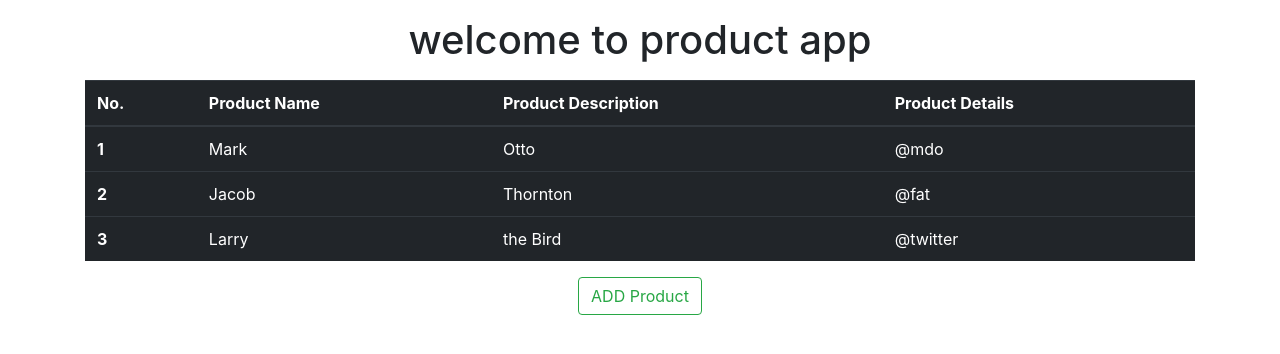
Repository: Renish-patel/Practices
Page: http://localhost/productcrudapp/WEB-INF/views/index.jsp
An editor plug-in stored every save of this project. The page is shown before and after the next save, followed by the edit.
The browser window is 1280 px wide. The pictures show the whole page.
Some web libraries are served in a nearby version. The page is served by Tomcat 9. Nobody is signed in. Other server files are loaded and not shown. The template is opened directly, without the code that normally fills it, so the values that code supplies are empty.

Above is the page before, as saved 2023-03-09 18:47:06.

### spring/productcrudapp/src/main/webapp/WEB-INF/views/index.jsp
<html>
<head>
<%@include file="./base.jsp"%>
<%@taglib uri="http://java.sun.com/jsp/jstl/core" prefix="c"%>
</head>
<body>
	<div class="container mt-3">
		<div class="row">
			<div class="col-md-12">

				<h1 class="text-center mb-3">welcome to product app</h1>

				<table class="table table-dark">
					<thead>
						<tr>
							<th scope="col">No.</th>
							<th scope="col">Product Name </th>
							<th scope="col">Product Description</th>
							<th scope="col">Product Details</th>
						</tr>
					</thead>
					<tbody>
						<tr>
							<th scope="row">1</th>
							<td>Mark</td>
							<td>Otto</td>
							<td>@mdo</td>
						</tr>
						<tr>
							<th scope="row">2</th>
							<td>Jacob</td>
							<td>Thornton</td>
							<td>@fat</td>
						</tr>
						<tr>
							<th scope="row">3</th>
							<td>Larry</td>
							<td>the Bird</td>
							<td>@twitter</td>
						</tr>
					</tbody>
				</table>
<div class="container text-center">
<a href="add-product" class="btn btn-outline-success">ADD Product</a>
</div>



			</div>
		</div>

	</div>
</body>
</html>

### spring/productcrudapp/src/main/webapp/WEB-INF/views/base.jsp
<%@ page language="java" contentType="text/html; charset=ISO-8859-1"
	pageEncoding="ISO-8859-1"%>
    <meta name="viewport" content="width=device-width, initial-scale=1, shrink-to-fit=no">
<%@ page isELIgnored="false"%>

<%@taglib uri="http://java.sun.com/jsp/jstl/core" prefix="c" %>

<link rel="stylesheet"
	href="https://cdn.jsdelivr.net/npm/bootstrap@4.0.0/dist/css/bootstrap.min.css"
	integrity="sha384-Gn5384xqQ1aoWXA+058RXPxPg6fy4IWvTNh0E263XmFcJlSAwiGgFAW/dAiS6JXm"
	crossorigin="anonymous">
<script src="https://code.jquery.com/jquery-3.2.1.slim.min.js"
	integrity="sha384-KJ3o2DKtIkvYIK3UENzmM7KCkRr/rE9/Qpg6aAZGJwFDMVNA/GpGFF93hXpG5KkN"
	crossorigin="anonymous"></script>
<script
	src="https://cdn.jsdelivr.net/npm/popper.js@1.12.9/dist/umd/popper.min.js"
	integrity="sha384-ApNbgh9B+Y1QKtv3Rn7W3mgPxhU9K/ScQsAP7hUibX39j7fakFPskvXusvfa0b4Q"
	crossorigin="anonymous"></script>
<script
	src="https://cdn.jsdelivr.net/npm/bootstrap@4.0.0/dist/js/bootstrap.min.js"
	integrity="sha384-JZR6Spejh4U02d8jOt6vLEHfe/JQGiRRSQQxSfFWpi1MquVdAyjUar5+76PVCmYl"
	crossorigin="anonymous"></script>

	<title><c:out value="${title }">Product Crud App</c:out></title>

After the next save:
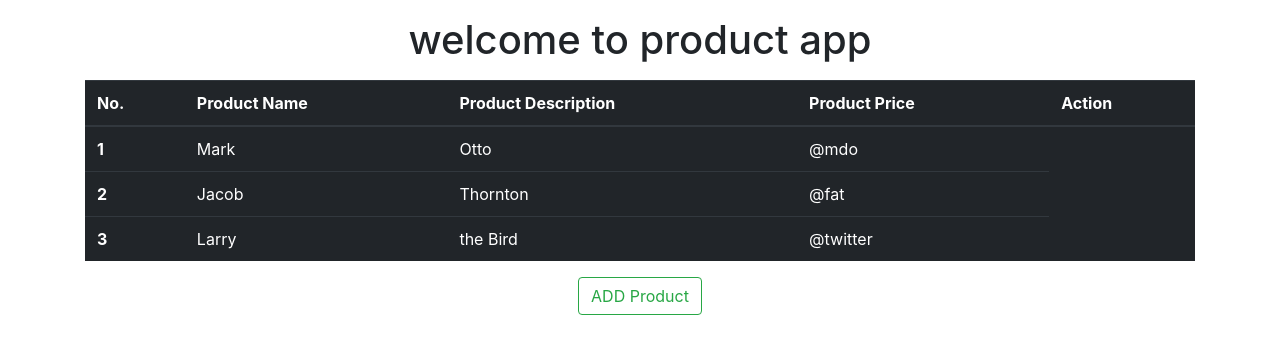
Saved 70 s later.
--- a/spring/productcrudapp/src/main/webapp/WEB-INF/views/index.jsp
+++ b/spring/productcrudapp/src/main/webapp/WEB-INF/views/index.jsp
@@ -14,9 +14,10 @@
 					<thead>
 						<tr>
 							<th scope="col">No.</th>
-							<th scope="col">Product Name </th>
+							<th scope="col">Product Name</th>
 							<th scope="col">Product Description</th>
-							<th scope="col">Product Details</th>
+							<th scope="col">Product Price</th>
+							<th scope="col">Action</th>
 						</tr>
 					</thead>
 					<tbody>
@@ -40,9 +41,10 @@
 						</tr>
 					</tbody>
 				</table>
-<div class="container text-center">
-<a href="add-product" class="btn btn-outline-success">ADD Product</a>
-</div>
+				<div class="container text-center">
+					<a href="add-product" class="btn btn-outline-success">ADD
+						Product</a>
+				</div>
 
 
 
